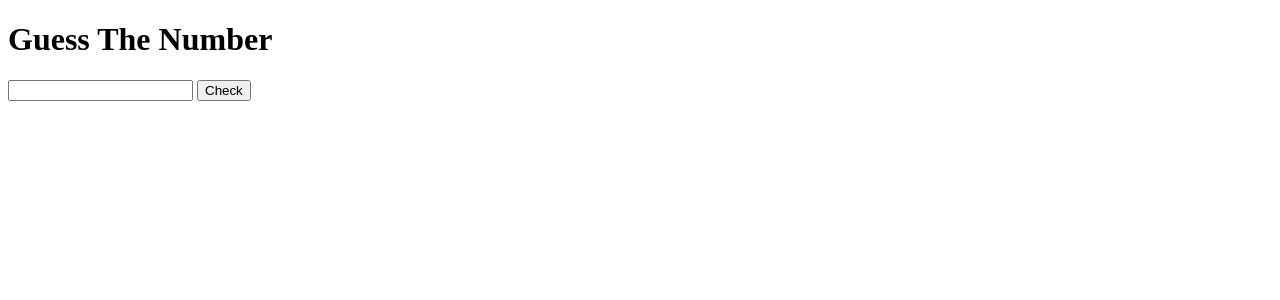
Repository: Haakim19/JavaScript
Page: index2.html
An editor plug-in stored every save of this project. The page is shown before and after the next save, followed by the edit.
The browser window is 1280 px wide. The pictures show the whole page.

Above is the page before, as saved 2024-10-14 17:15:51.

### index2.html
<!DOCTYPE html>
<html lang="en">
<head>
    <meta charset="UTF-8">
    <meta name="viewport" content="width=device-width, initial-scale=1.0">
    <title>Number Guess</title>
</head>
<body>
    <h1>Guess The Number</h1>
    <input id="gusesNumber">
    <button>Check</button>
    <p id="result"></p>
    <script src="Main.js"></script>
</body>
</html>

### Main.js
var gusesNumber = document.getElementById("gusesNumber");
var result = document.getElementById("result");
var randomNumber = Math.floor(Math.random()*10)+1

function Check(){
    var enterdNumber = gusesNumber.value;
    if(enterdNumber == randomNumber){

    }
}

After the next save:
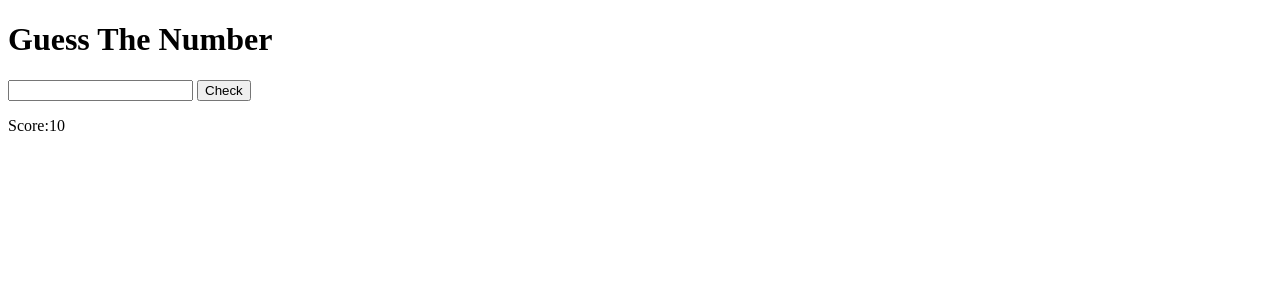
Saved 2 min 16 s later.
--- a/index2.html
+++ b/index2.html
@@ -10,6 +10,7 @@
     <input id="gusesNumber">
     <button>Check</button>
     <p id="result"></p>
+    <p id="score">Score:10</p>
     <script src="Main.js"></script>
 </body>
 </html>
